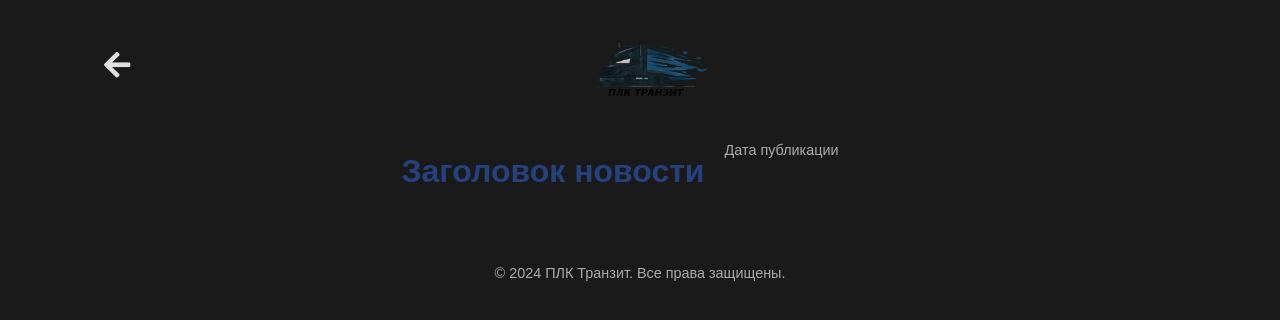
Repository: MaratLK/PLKFrontend
Page: news.html
The author's editor kept a copy of each file at every save. The page is drawn from the files as they stood at one save, then again after the next save.
The browser window is 1280 px wide. The pictures show the whole page.

Above is the page before, as saved 2024-09-25 23:16:17.
Console error: TypeError: Cannot set properties of null (setting 'innerHTML')

### news.html
<!DOCTYPE html>
<html lang="ru">
<head>
    <meta charset="UTF-8">
    <meta name="viewport" content="width=device-width, initial-scale=1.0">
    <title>Новость</title>
    <link rel="stylesheet" href="StyleMain.css">
    <link rel="stylesheet" href="https://cdnjs.cloudflare.com/ajax/libs/font-awesome/5.15.3/css/all.min.css">
    <style>
        body {
            background-color: #1a1a1a;
            color: #e0e0e0;
            font-family: 'Arial', sans-serif;
            line-height: 1.6;
            margin: 0;
            padding: 0;
        }

        header {
            display: flex;
            justify-content: center;
            align-items: center;
            padding: 20px 0;
            background: none; /* убираем фон */
            position: relative;
        }

        .logo {
            max-width: 150px;
        }

        .news-container {
            max-width: 800px;
            margin: 0 auto;
            padding: 20px;
        }

        .news-title {
            font-size: 2rem;
            font-weight: bold;
            text-align: center;
            margin-bottom: 10px;
        }

        .news-date {
            text-align: center;
            color: #aaaaaa;
            margin-bottom: 20px;
            font-size: 0.9rem;
        }

        .news-content {
            margin-top: 20px;
            text-align: justify;
        }

        .news-images img {
            width: 100%;
            height: auto;
            margin-bottom: 20px;
        }

        /* Стиль для кнопки назад */
        .back-btn {
            position: absolute;
            top: 20px;
            left: 20px;
            font-size: 30px;
            color: #e0e0e0;
            background: none; /* убираем фон */
            border: none; /* убираем бордер */
            cursor: pointer;
        }

        .back-btn:hover {
            color: #007BFF;
        }

        footer {
            text-align: center;
            padding: 20px 0;
            color: #aaaaaa;
            font-size: 0.9rem;
        }
    </style>
</head>
<body>

    <header>
        <i class="fas fa-arrow-left back-btn" onclick="goBack()"></i>
        <img src="img_prj/RealLogo.png" alt="Логотип ПЛК Транзит" class="logo">
    </header>

    <div class="news-container">
        <h1 id="news-title" class="news-title">Заголовок новости</h1>
        <p id="news-date" class="news-date">Дата публикации</p>

        <div id="news-images" class="news-images">
            <!-- Картинки будут добавляться из JS, если они есть -->
        </div>

        <div id="news-content" class="news-content">
            <!-- Текст новости будет добавляться из JS -->
        </div>
    </div>

    <footer>
        <p>© 2024 ПЛК Транзит. Все права защищены.</p>
    </footer>

    <script>
        function goBack() {
            window.history.back();
        }
    </script>
    <script src="newsDetails.js"></script>
</body>
</html>

### StyleMain.css
body,
html {
  margin: 0;
  padding: 0;
  font-family: "Exo 2", sans-serif;
  scroll-behavior: smooth;
  max-width: 100%;
  overflow-x: hidden;
  height: 100%;
}

/* Шапка */

header {
  position: absolute; /* Чтобы наложить на секцию */
  top: 20px; /* Отступ сверху */
  left: 50%; /* Центрирование по горизонтали */
  transform: translateX(-50%); /* Смещение для центрирования */
  height: 65px; /* Фиксированная высота */
  width: 90%; /* Ширина 90%, чтобы не касаться сторон экрана */
  display: flex;
  justify-content: space-between;
  align-items: center;
  padding: 10px 20px; /* Внутренние отступы */
  background: linear-gradient(115deg, #ffffff 30%, #1a2b4c 30%);
  border-radius: 30px; /* Закругленные углы */
  z-index: 1000; /* Чтобы было над секцией */
}

.logo{
  display: flex;
}

.logo img {
  height: 80px;
  margin-top: 10px; /* Убираем лишние отступы */
}

nav {
  margin-right: 20px;
  flex: 1;
  display: flex;
  justify-content: flex-end;
}

nav ul {
  list-style-type: none;
  display: flex;
  margin: 0;
  padding: 0;
}

nav ul li {
  padding: 0 10px;
}

nav ul li a {
  text-decoration: none;
  color: white;
  padding: 5px 10px;
  transition: background-color 0.3s;
}

nav ul li a:hover {
  background-color: #557ca7;
}

/* Главный слайдер */

.slider {
  width: 100%;
  position: relative;
  height: 100vh;
  overflow: hidden;
}

.slides {
  display: flex;
  flex-direction: row;
  transition: transform 0.5s ease-out;
  transform: translateX(0%);
  width: 500vw;
}

.slide {
  min-width: 100vw;
  height: 100vh;
  position: relative;
  justify-content: center;
  align-items: center;
  overflow: hidden;
  transition: opacity 0.5s ease;
  flex-shrink: 0;
}

.slide::after {
  content: "";
  position: absolute;
  top: 0;
  left: 0;
  width: 100%;
  height: 100%;
  background: rgba(0, 0, 0, 0.5);
  pointer-events: none;
}

.slide img {
  width: 100%;
  height: 100%;
  object-fit: cover;
  object-position: center;
}

@keyframes lineUpAnimation {
  from {
    transform: translateY(
      -100%
    ); /* начальное положение: текст за пределами видимой области */
    opacity: 0;
  }
  to {
    transform: translateY(
      0%
    ); /* конечное положение: исходное положение текста */
    opacity: 1;
  }
}

.caption {
  position: absolute;
  top: 10%;
  left: 9%;
  transform: translateX(-50%, -50%);
  color: white;
  padding: 10px 20px;
  text-align: left;
  font-size: 7em;
  line-height: 1.2;
  z-index: 1000;
  opacity: 0;
  transition: opacity 0.5s ease;
  animation: lineUpAnimation 0.5s ease forwards;
}

.slide.active .caption {
  opacity: 1;
}

.slide[style*="transform: translateX(0%)"] .caption {
  opacity: 1;
}

.prev,
.next {
  position: absolute;
  top: 50%;
  transform: translateY(-50%);
  color: #fff;
  border: none;
  cursor: pointer;
  padding: 10px;
  border-radius: 50%;
  background: rgba(0, 0, 0, 0);
  font-size: 18px;
  height: 100%;
  width: 3%;
}

.prev {
  left: 20px;
}

.next {
  right: 20px;
}

.slider-indicators {
  position: absolute;
  bottom: 20px;
  left: 50%;
  transform: translateX(-50%);
  display: flex;
  align-items: center;
}

.dot {
  height: 10px;
  width: 10px;
  margin: 0 5px;
  background-color: #bbb;
  border-radius: 50%;
  display: inline-block;
  transition: background-color 0.3s ease;
}

.dot.active {
  background-color: #fff;
}

/* Услуги */

.services-section {
  background-color: #1a2b4c;
  padding: 30px 30px;
  text-align: center;
  color: #fff;
}

.section-text {
  text-align: center;
}

.section-text h2 {
  margin-top: 0;
  font-size: 2.5em;
  margin-bottom: 10px;
  color: #fff;
}

.section-text p {
  font-size: 1.2em;
  color: #fff;
  margin-bottom: 40px;
}

.services-container {
  display: flex;
  flex-wrap: wrap;
  justify-content: center;
  gap: 20px;
  max-width: 1200px;
  margin: 0 auto;
  padding: 0 20px;
}

.service-card {
  background-color: #ffffff;
  border-radius: 10px;
  box-shadow: 0 2px 10px rgba(0, 0, 0, 0.1);
  overflow: hidden;
  transition: transform 0.3s, box-shadow 0.3s;
  text-align: center;
  padding: 30px 20px;
  flex: 1 1 calc(25% - 20px);
  max-width: calc(25% - 20px);
  box-sizing: border-box;
}

.service-card:hover {
  transform: translateY(-10px);
  box-shadow: 0 6px 20px rgba(0, 0, 0, 0.2);
}

.service-icon {
  font-size: 50px;
  color: #25427e;
  margin-bottom: 20px;
}

.service-card h3 {
  margin: 15px 0;
  color: #333;
  font-size: 1.5em;
}

.service-card p {
  color: #777;
  margin: 0;
  font-size: 1em;
}

.about,
.contacts {
  text-align: center;
  padding: 40px 20px;
  background-color: white;
  margin: 20px 0;
}

.hidden {
  opacity: 0;
  transform: translateY(20px);
  transition: all 0.5s ease-out;
}
.animate {
  opacity: 1;
  transform: translateY(0);
}
.about-section {
  padding: 100px;
  background-color: #f9f9f9;
  font-family: "Arial", sans-serif;
}
.about-section h2,
.about-section h3 {
  text-align: center;
  color: #333;
  margin-bottom: 20px;
  position: relative;
}
.about-section h2::after,
.about-section h3::after {
  content: "";
  display: block;
  width: 50px;
  height: 3px;
  background: #25427e;
  margin: 10px auto;
}
.about-section p,
.about-section ul {
  text-align: justify;
  color: #555;
  margin: 20px 0;
}
.about-section ul {
  list-style: none;
  padding: 0;
}
.about-section li {
  margin: 10px 0;
  position: relative;
  padding-left: 25px;
}
.about-section li::before {
  content: "\2022";
  color: #25427e;
  font-weight: bold;
  display: inline-block;
  width: 1em;
  margin-left: -1em;
  position: absolute;
  left: 0;
  top: 0;
}

/* Статистика */

.stats {
  display: flex;
  background-color: white;
  justify-content: space-around;
  align-items: center;
  background-size: cover;
  background-position: center;
  padding: 40px;
}

.section-divider {
  border: 0;
  height: 2px;
  background: linear-gradient(
    to right,
    rgba(255, 255, 255, 0),
    rgba(255, 255, 255, 0.75),
    rgba(255, 255, 255, 0)
  );
  margin: 0; /* Отступы для разделения секций */
}

.stat-item {
  background-color: rgba(
    255,
    255,
    255,
    0.8
  ); /* Прозрачный белый фон для блоков */
  padding: 20px;
  border-radius: 8px;
  text-align: center;
  box-shadow: 0 4px 8px rgba(0, 0, 0, 0.1);
  flex: 1;
  margin: 0 10px;
  max-width: 200px;
}

.stat-item i {
  font-size: 40px;
  margin-bottom: 10px;
  color: #25427e;
}

.stat-number {
  font-size: 40px;
  font-weight: bold;
  color: #333;
}

.stat-item hr {
  width: 50px;
  border: none;
  border-top: 2px solid #3498db;
  margin: 10px auto;
}

.stat-item p {
  font-size: 16px;
  color: #666;
}

/*Блок о нас*/

.about-section {
  border-bottom: #333;
  border-width: 5px;
  background-color: white;
  padding: 100px;
  color: #333;
  text-align: center;
}

.about-section h2 {
  font-size: 2.5em;
  margin-bottom: 20px;
  color: #1a2b4c;
}

.about-section p {
  font-size: 1.2em;
  line-height: 1.6;
  margin-bottom: 20px;
}

.stats-section {
  background: linear-gradient(135deg, #1a2b4c, #2980b9);
  padding: 60px 20px;
  color: #fff;
  text-align: center;
}

.stats-container {
  display: flex;
  justify-content: space-around;
  flex-wrap: wrap;
  max-width: 1200px;
  margin: 0 auto;
}

.stat-item {
  flex: 1 1 20%;
  margin: 20px;
}

.stat-number {
  font-size: 3em;
  font-weight: bold;
}

.stat-item p {
  margin-top: 10px;
  font-size: 1.2em;
}

.stat-item i {
  margin-right: 8px;
}

/* Новости */

.news {
  padding: 30px;
  background-color: #f9f9f9;
  text-align: center;
}

.news h2 {
  font-size: 2em;
  color: #333;
  margin-bottom: 20px;
}

.news-container {
  display: flex;
  justify-content: center;
  flex-wrap: wrap;
  gap: 20px;
}

.news-card {
  background-color: #ffffff;
  border-radius: 10px;
  box-shadow: 0 2px 10px rgba(0, 0, 0, 0.1);
  padding: 20px;
  width: calc(25% - 20px);
  box-sizing: border-box;
  text-align: left;
}

.news-card h3 {
  margin: 0 0 10px;
  color: #25427e;
}

.news-card p {
  color: #555;
}

.news-card button {
  background-color: #25427e;
  color: white;
  padding: 10px 20px;
  border: none;
  border-radius: 5px;
  cursor: pointer;
  transition: background-color 0.3s;
}

.news-card {
  background-color: #ffffff;
  border-radius: 10px;
  box-shadow: 0 2px 10px rgba(0, 0, 0, 0.1);
  padding: 20px;
  width: calc(25% - 20px);
  box-sizing: border-box;
  text-align: left;
  transition: transform 0.3s ease, box-shadow 0.3s ease;
}

.news-card:hover {
  transform: translateY(10px) scale(1.05);
  box-shadow: 0 4px 20px rgba(0, 0, 0, 0.2);
}

.news-header {
  display: flex;
  justify-content: space-between;
  align-items: center;
}

.news-date {
  font-size: 0.9em;
  color: #999;
}

/* Стили для модального окна */
.modal {
  display: none; /* Скрыто по умолчанию */
  position: fixed;
  z-index: 1;
  left: 0;
  top: 0;
  width: 100%;
  height: 100%;
  overflow: auto;
  background-color: rgba(0, 0, 0, 0.5);
}

.modal-content {
  background-color: #fefefe;
  margin: 15% auto;
  padding: 20px;
  border: 1px solid #888;
  width: 80%;
  max-width: 500px;
  border-radius: 10px;
}

.close-btn {
  color: #aaa;
  float: right;
  font-size: 28px;
  font-weight: bold;
  cursor: pointer;
}

.close-btn:hover,
.close-btn:focus {
  color: black;
  text-decoration: none;
  cursor: pointer;
}

/* Стили для кнопки "Добавить новость" */
#add-news-btn {
  background-color: #25427e;
  color: white;
  padding: 10px 20px;
  border: none;
  border-radius: 5px;
  cursor: pointer;
  transition: background-color 0.3s;
  display: inline-block;
  margin: 20px auto;
}

#add-news-btn:hover {
  background-color: #1a3362;
}

/* Перемещаем кнопку "Добавить новость" в правый нижний угол */
.fixed-button {
  position: fixed;
  bottom: 20px;
  right: 20px;
  background-color: #25427e;
  color: white;
  padding: 10px 20px;
  border: none;
  border-radius: 5px;
  cursor: pointer;
  transition: background-color 0.3s;
}

.fixed-button:hover {
  background-color: #1a3362;
}

/* Стили для модального окна */
.modal-content {
  background-color: #ffffff;
  margin: 10% auto;
  padding: 20px;
  border: 1px solid #25427e;
  width: 80%;
  max-width: 600px;
  border-radius: 10px;
  box-shadow: 0 4px 20px rgba(0, 0, 0, 0.1);
}

.close-btn {
  color: #25427e;
  float: right;
  font-size: 28px;
  font-weight: bold;
  cursor: pointer;
}

.close-btn:hover,
.close-btn:focus {
  color: #1a3362;
}

/* Стили для элементов формы внутри модального окна */
#news-form label {
  display: block;
  margin-top: 10px;
  color: #333;
  font-weight: bold;
}

#news-form input[type="text"],
#news-form input[type="date"],
#news-form textarea,
#news-form input[type="file"] {
  width: 100%;
  padding: 10px;
  margin-top: 5px;
  border-radius: 5px;
  border: 1px solid #ccc;
  box-sizing: border-box;
}

#news-form button {
  background-color: #25427e;
  color: white;
  padding: 10px 20px;
  border: none;
  border-radius: 5px;
  cursor: pointer;
  transition: background-color 0.3s;
  margin-top: 20px;
  display: block;
}

#news-form button:hover {
  background-color: #1a3362;
}

/*еще*/

/* Стили для ссылки "Подробнее" на карточке */
.read-more-btn {
display: inline-block;
margin-top: 10px;
padding: 8px 15px;
background-color: #25427e;
color: white;
text-decoration: none;
border-radius: 5px;
transition: background-color 0.3s;
}

.read-more-btn:hover {
background-color: #1a3362;
}


h1 {
color: #25427e;
}

.content-images img {
max-width: 100%;
border-radius: 10px;
margin-bottom: 20px;
}

.content-description {
margin-bottom: 30px;
color: #555;
}

.back-btn {
display: inline-block;
padding: 10px 20px;
background-color: #25427e;
color: white;
border: none;
border-radius: 5px;
text-decoration: none;
font-size: 16px;
cursor: pointer;
transition: background-color 0.3s;
}

.back-btn:hover {
background-color: #1a3362;
}


/* футер */

footer {
  display: flex;
  flex-direction: column;
  align-items: center;
  text-align: center;
  width: 100%;
}

.footerP {
  margin: 15px;
}

.footer-content,
.road {
  width: 100%;
  display: flex;
  flex-direction: column;
  align-items: center;
  justify-content: center;
  padding: 20px;
}

.contact-info,
.moving-car,
.road {
  width: 100%;
  display: flex;
  flex-direction: column;
  justify-content: center;
  align-items: center;
}

.footer-content {
  background-color: #8d8d8d;
  flex: 0 0 70%;
  padding: 15px;
  position: relative;
}

.footer-content::after {
  content: "";
  position: absolute;
  bottom: 0;
  left: 0;
  right: 0;
  height: 3px;
  background-color: #e0e0e0;
}

.road {
  background-color: #424242;
  color: #fff;
  flex: 0 0 30%;
  padding: 20px;
}

.roadp a {
  color: #8ab4f8;
  text-decoration: none;
  transition: color 0.3s ease;
}

.roadp a:hover {
  color: #c0c0c0;
  text-decoration: underline;
}

.moving-car img {
  z-index: 1000;
  width: 100px;
  position: absolute;
  animation: moveCar 10s linear infinite;
  transform: scaleX(-1);
}

@keyframes moveCar {
  from {
    left: -100px;
  }
  to {
    left: 100%;
  }
}

.news-image {
  max-width: 100%;
  height: auto;
  margin: 10px 0;
}

#news-content {
  font-size: 18px;
  line-height: 1.6;
}

### newsDetails.js
document.addEventListener('DOMContentLoaded', async () => {
    const newsDetailsContainer = document.getElementById('news-details');
    const newsTitle = document.getElementById('news-title');
    const newsDate = document.getElementById('news-date');
    const newsContent = document.getElementById('news-content');
    const newsImages = document.getElementById('news-images');

    // Получаем ID новости из параметров URL
    const urlParams = new URLSearchParams(window.location.search);
    const newsID = urlParams.get('id');

    if (!newsID) {
        newsDetailsContainer.innerHTML = '<p>Ошибка: новость не найдена.</p>';
        return;
    }

    const API_URL = `https://localhost:7268/api/News/${newsID}`;
    const BASE_URL = 'https://localhost:7268';  // Базовый URL для получения изображений

    try {
        const response = await fetch(API_URL);

        if (response.ok) {
            const news = await response.json();

            // Отображаем заголовок, дату и контент
            newsTitle.textContent = news.title;
            newsDate.textContent = new Date(news.datePublished).toLocaleDateString("ru-RU", {
                day: "numeric", month: "long", year: "numeric"
            });
            newsContent.innerHTML = `<p>${news.content}</p>`;

            // Отображаем изображения
            if (news.newsImages && news.newsImages.$values.length > 0) {
                news.newsImages.$values.forEach(image => {
                    const imgElement = document.createElement('img');
                    imgElement.src = `${BASE_URL}${image.imageUrl}`;  // Добавляем базовый URL для загрузки изображения
                    imgElement.alt = news.title;
                    imgElement.classList.add('news-image');  // Класс для стилизации
                    newsImages.appendChild(imgElement);
                });
            } else {
                newsImages.innerHTML = '';  // Если нет изображений, не выводим текст "Изображений нет"
            }
        } else {
            newsDetailsContainer.innerHTML = '<p>Ошибка при загрузке данных новости.</p>';
        }
    } catch (error) {
        console.error('Ошибка при подключении к API:', error.message);
        newsDetailsContainer.innerHTML = '<p>Ошибка при подключении к серверу.</p>';
    }
});

After the next save:
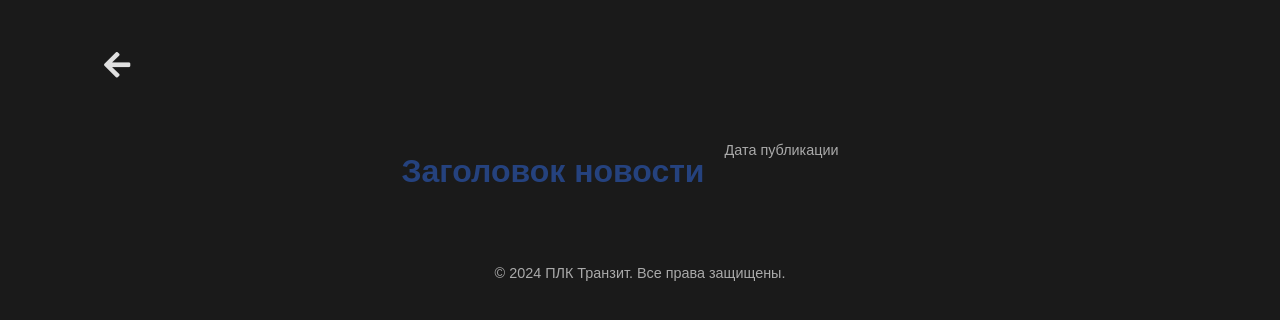
Saved 3 min 12 s later.
--- a/news.html
+++ b/news.html
@@ -88,7 +88,7 @@
 
     <header>
         <i class="fas fa-arrow-left back-btn" onclick="goBack()"></i>
-        <img src="img_prj/RealLogo.png" alt="Логотип ПЛК Транзит" class="logo">
+
     </header>
 
     <div class="news-container">
